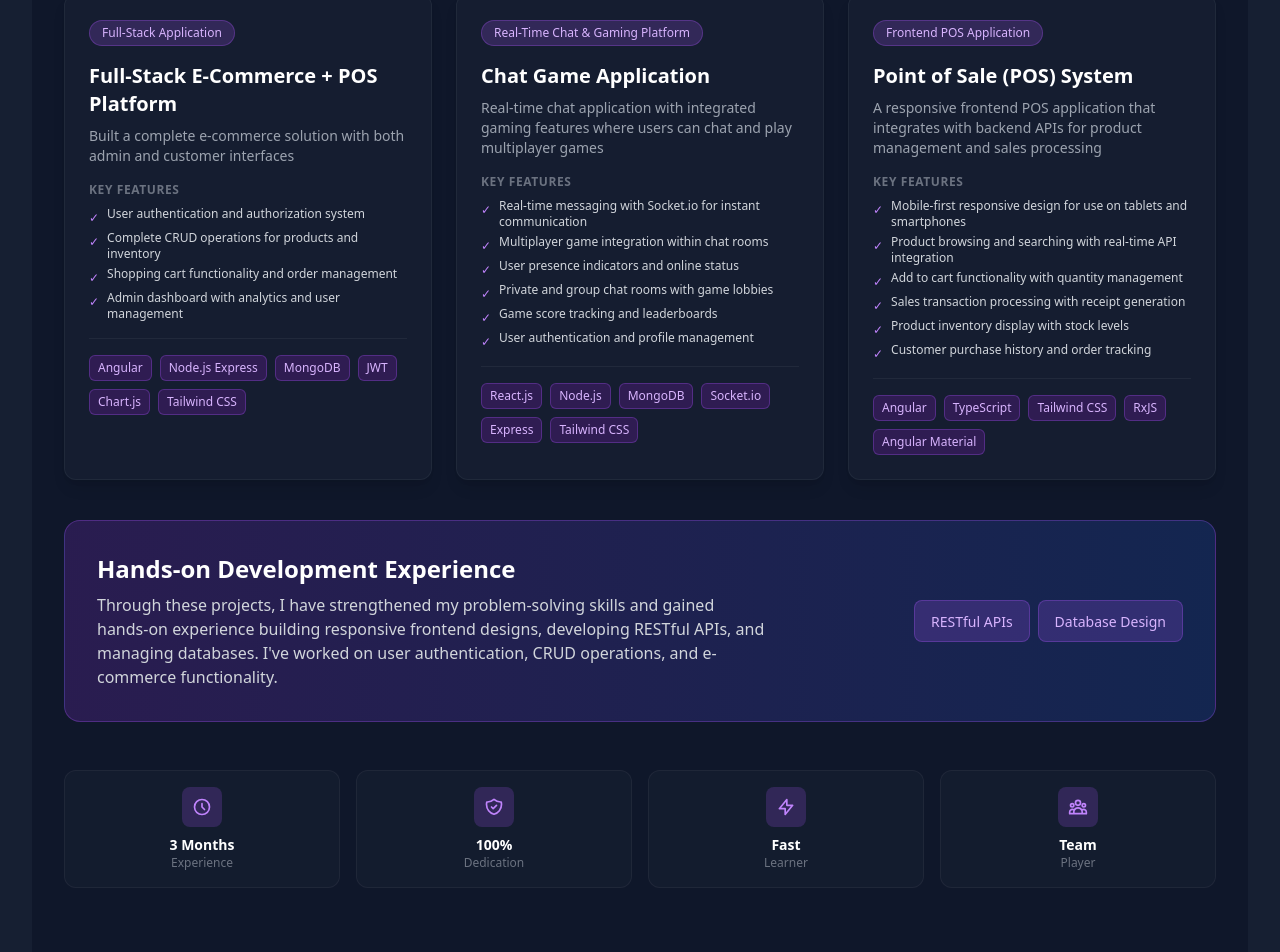
Repository: Kimrith/my-cv
Page: /
These files come from the project's save history. The page is drawn as it stood at one moment and after the next save; the edit follows.
The browser window is 1280 px wide. The pictures show the part of the page from y = 3416 to 4368 px (the page is 4368 px tall before and 4356 px after).
Some web libraries are served in a nearby version. The project was rebuilt for these pictures with package versions that can differ from the ones it lists, and the page was loaded fresh each time. Also part of the build but not shown: vite.config.js, src/Layout/footer.jsx.

Above is the page before, as saved 2026-03-09 22:24:47.

### index.html
<!doctype html>
<html lang="en">
  <head>
    <meta charset="UTF-8" />
    <link rel="icon" type="image/svg+xml" href="/vite.svg" />
    <meta name="viewport" content="width=device-width, initial-scale=1.0" />
    <title>cv</title>
    <script src="https://cdn.tailwindcss.com"></script>
    <link rel="preconnect" href="https://fonts.googleapis.com" />
    <link rel="preconnect" href="https://fonts.gstatic.com" crossorigin />
    <link
      href="https://fonts.googleapis.com/css2?family=Poppins:wght@400;600;700&display=swap"
      rel="stylesheet"
    />
  </head>
  <body>
    <div id="root"></div>
    <script type="module" src="/src/main.jsx"></script>
  </body>
</html>

### src/main.jsx
import { StrictMode } from "react";
import { createRoot } from "react-dom/client";
import "./index.css";
import App from "./App.jsx";
import { BrowserRouter } from "react-router-dom";

createRoot(document.getElementById("root")).render(
  <StrictMode>
    <BrowserRouter>
      <App />
    </BrowserRouter>{" "}
  </StrictMode>,
);

### src/App.jsx
import React from "react";
import { Routes, Route } from "react-router-dom";
import Layout from "./Layout/layout";
import Home from "./Navigation/home";

export default function App() {
  return (
    <Routes>
      <Route path="/" element={<Layout />}></Route>
    </Routes>
  );
}

### src/Layout/layout.jsx
import React from "react";
import Home from "./home";
import Footer from "./footer";
import { Outlet } from "react-router-dom";

export default function Layout() {
  return (
    <div>
      <Home />
      <Outlet />
    </div>
  );
}

### src/Navigation/exp.jsx
import React from "react";
import {
  Briefcase,
  Calendar,
  MapPin,
  Building,
  Code2,
  Database,
  Shield,
  Award,
  ChevronRight,
  GraduationCap,
  Github,
  ExternalLink,
} from "lucide-react";

export default function Experience() {
  const experiences = [
    {
      id: 1,
      title: "Frontend Developer",
      company: "Ministry of Interior",
      period: "3 Months",
      duration: "Internship",
      description: [
        "Developed and maintained responsive frontend interfaces for internal government systems",
        "Collaborated with the development team to implement UI/UX designs",
        "Optimized application performance and ensured cross-browser compatibility",
        "Participated in code reviews and agile development processes",
      ],
      technologies: ["Angular", "TypeScript", "Tailwind CSS"],
    },
  ];

  const projects = [
    {
      id: 1,
      title: "Full-Stack E-Commerce + POS Platform",
      description:
        "Built a complete e-commerce solution with both admin and customer interfaces",
      features: [
        "User authentication and authorization system",
        "Complete CRUD operations for products and inventory",
        "Shopping cart functionality and order management",
        "Admin dashboard with analytics and user management",
      ],
      technologies: [
        "Angular",
        "Node.js Express",
        "MongoDB",
        "JWT",
        "Chart.js",
        "Tailwind CSS",
      ],
      type: "Full-Stack Application",
    },
    {
      id: 2,
      title: "Chat Game Application",
      description:
        "Real-time chat application with integrated gaming features where users can chat and play multiplayer games",
      features: [
        "Real-time messaging with Socket.io for instant communication",
        "Multiplayer game integration within chat rooms",
        "User presence indicators and online status",
        "Private and group chat rooms with game lobbies",
        "Game score tracking and leaderboards",
        "User authentication and profile management",
      ],
      technologies: [
        "React.js",
        "Node.js",
        "MongoDB",
        "Socket.io",
        "Express",
        "Tailwind CSS",
      ],
      type: "Real-Time Chat & Gaming Platform",
    },
    {
      id: 3,
      title: "Point of Sale (POS) System",
      description:
        "A responsive frontend POS application that integrates with backend APIs for product management and sales processing",
      features: [
        "Mobile-first responsive design for use on tablets and smartphones",
        "Product browsing and searching with real-time API integration",
        "Add to cart functionality with quantity management",
        "Sales transaction processing with receipt generation",
        "Product inventory display with stock levels",
        "Customer purchase history and order tracking",
      ],
      technologies: [
        "Angular",
        "TypeScript",
        "Tailwind CSS",
        "RxJS",
        "Angular Material",
      ],
      type: "Frontend POS Application",
    },
  ];

  const SkillPill = ({ skill, color = "purple" }) => (
    <span
      className={`px-3 py-1.5 bg-${color}-900/40 border border-${color}-500/30 rounded-lg text-sm text-${color}-300 hover:bg-${color}-500/20 hover:border-${color}-400 transition-colors cursor-default flex items-center gap-1.5`}
    >
      <span className={`w-1.5 h-1.5 rounded-full bg-${color}-400`}></span>
      {skill}
    </span>
  );

  const StatBox = ({ icon, label, desc, color = "purple" }) => (
    <div
      className={`bg-slate-800/30 border border-white/5 rounded-xl p-4 text-center hover:border-${color}-500/30 transition-colors`}
    >
      <div
        className={`w-10 h-10 mx-auto mb-2 rounded-lg bg-${color}-500/20 flex items-center justify-center`}
      >
        <svg
          className={`w-5 h-5 text-${color}-400`}
          fill="none"
          stroke="currentColor"
          viewBox="0 0 24 24"
        >
          <path
            strokeLinecap="round"
            strokeLinejoin="round"
            strokeWidth={2}
            d={icon}
          />
        </svg>
      </div>
      <p className="text-white font-semibold text-sm">{label}</p>
      <p className="text-gray-500 text-xs">{desc}</p>
    </div>
  );

  return (
    <div className="space-y-16 bg-slate-900 py-16 px-4 md:px-8">
      {/* Professional Experience Section */}
      <section className="relative">
        {/* Background pattern */}
        <div
          className="absolute inset-0 bg-no-repeat bg-center pointer-events-none"
          style={{
            backgroundImage: "url('/path/to/your/background-pattern.svg')",
            opacity: "0.05",
          }}
        ></div>

        <div className="max-w-6xl mx-auto relative">
          {/* Header */}
          <div className="text-center mb-10">
            <div className="flex items-center justify-center gap-3 mb-3">
              <div className="w-10 h-10 rounded-xl bg-purple-500/20 flex items-center justify-center">
                <Briefcase className="w-5 h-5 text-purple-400" />
              </div>
              <h2 className="text-3xl md:text-4xl font-bold text-white">
                Professional <span className="text-purple-400">Experience</span>
              </h2>
            </div>
            <p className="text-gray-400 max-w-2xl mx-auto">
              Practical industry experience gained through internships and
              real-world projects
            </p>
            <div className="w-24 h-1 bg-purple-600 mx-auto mt-4 rounded-full"></div>
          </div>

          {/* Experience Card */}
          {experiences.map((exp) => (
            <div key={exp.id} className="max-w-4xl mx-auto">
              <div className="bg-slate-800/40 border border-white/5 rounded-2xl shadow-xl overflow-hidden hover:border-purple-500/30 transition-all duration-300 hover:shadow-2xl">
                {/* Company Header */}
                <div className="bg-gradient-to-r from-purple-600/20 to-purple-800/20 px-6 py-4 border-b border-white/5">
                  <div className="flex items-center justify-between flex-wrap gap-4">
                    <div className="flex items-center gap-3">
                      <div className="w-10 h-10 rounded-lg bg-purple-500/20 flex items-center justify-center">
                        <Building className="w-5 h-5 text-purple-400" />
                      </div>
                      <h3 className="text-xl font-bold text-white">
                        {exp.company}
                      </h3>
                    </div>
                    <div className="flex items-center gap-2 bg-purple-500/20 px-4 py-2 rounded-full border border-purple-500/30">
                      <Shield className="w-4 h-4 text-purple-400" />
                      <span className="text-purple-300 text-sm font-medium">
                        {exp.duration}
                      </span>
                    </div>
                  </div>
                </div>

                {/* Content */}
                <div className="p-6">
                  {/* Position and Duration */}
                  <div className="flex flex-wrap items-center justify-between gap-4 mb-6">
                    <div>
                      <h4 className="text-2xl font-bold text-white mb-2">
                        {exp.title}
                      </h4>
                      <div className="flex items-center gap-4 text-gray-400">
                        <div className="flex items-center gap-1">
                          <MapPin className="w-4 h-4 text-purple-400" />
                          <span>{exp.location}</span>
                        </div>
                        <div className="flex items-center gap-1">
                          <Calendar className="w-4 h-4 text-purple-400" />
                          <span>{exp.period}</span>
                        </div>
                      </div>
                    </div>
                  </div>

                  {/* Description */}
                  <div className="mb-6">
                    <h5 className="font-semibold text-white mb-3 flex items-center gap-2">
                      <ChevronRight className="w-4 h-4 text-purple-400" />
                      Key Responsibilities
                    </h5>
                    <ul className="grid md:grid-cols-2 gap-3">
                      {exp.description.map((item, i) => (
                        <li
                          key={i}
                          className="flex items-start gap-2 text-gray-300"
                        >
                          <span className="text-purple-400 font-bold text-lg leading-5">
                            •
                          </span>
                          <span className="text-sm">{item}</span>
                        </li>
                      ))}
                    </ul>
                  </div>

                  {/* Technologies */}
                  <div>
                    <h5 className="font-semibold text-white mb-3">
                      Technologies Used
                    </h5>
                    <div className="flex flex-wrap gap-2">
                      {exp.technologies.map((tech, i) => (
                        <span
                          key={i}
                          className="px-3 py-1.5 bg-purple-900/40 border border-purple-500/30 rounded-lg text-sm text-purple-300"
                        >
                          {tech}
                        </span>
                      ))}
                    </div>
                  </div>
                </div>
              </div>
            </div>
          ))}
        </div>
      </section>

      {/* Academic Projects Section */}
      <section className="max-w-6xl mx-auto relative">
        <div className="text-center mb-10">
          <div className="flex items-center justify-center gap-3 mb-3">
            <div className="w-10 h-10 rounded-xl bg-purple-500/20 flex items-center justify-center">
              <GraduationCap className="w-5 h-5 text-purple-400" />
            </div>
            <h2 className="text-3xl md:text-4xl font-bold text-white">
              Academic <span className="text-purple-400">Projects</span>
            </h2>
          </div>
          <p className="text-gray-400 max-w-2xl mx-auto">
            Full-stack applications built since my second year of study,
            demonstrating practical skills
          </p>
          <div className="w-24 h-1 bg-purple-600 mx-auto mt-4 rounded-full"></div>
        </div>

        {/* Skills Overview */}
        <div className="bg-gradient-to-r from-purple-500/10 to-blue-500/10 border border-purple-500/20 p-6 rounded-2xl mb-10">
          <div className="flex flex-wrap items-center justify-between gap-6">
            <div>
              <h3 className="text-lg font-semibold text-white mb-2">
                Technical Expertise
              </h3>
              <p className="text-gray-400 text-sm">
                Since my second year of study, I have built full-stack web
                applications using Angular, Node.js, and MongoDB. My experience
                includes both admin dashboards and customer-facing interfaces.
              </p>
            </div>
            <div className="flex gap-3">
              <div className="flex items-center gap-2 bg-purple-900/40 border border-purple-500/30 px-4 py-2 rounded-full">
                <Database className="w-4 h-4 text-purple-400" />
                <span className="text-sm font-medium text-purple-300">
                  MongoDB
                </span>
              </div>
              <div className="flex items-center gap-2 bg-purple-900/40 border border-purple-500/30 px-4 py-2 rounded-full">
                <Code2 className="w-4 h-4 text-purple-400" />
                <span className="text-sm font-medium text-purple-300">
                  Angular + Node.js
                </span>
              </div>
            </div>
          </div>
        </div>

        {/* Projects Grid */}
        <div className="grid md:grid-cols-2 lg:grid-cols-3 gap-6">
          {projects.map((project) => (
            <div
              key={project.id}
              className="bg-slate-800/40 border border-white/5 rounded-xl shadow-lg overflow-hidden hover:border-purple-500/30 transition-all duration-300 hover:-translate-y-1 hover:shadow-xl"
            >
              <div className="p-6">
                {/* Type Badge */}
                <div className="inline-block px-3 py-1 bg-purple-500/20 border border-purple-500/30 text-purple-300 text-xs font-medium rounded-full mb-4">
                  {project.type}
                </div>

                {/* Title */}
                <h3 className="text-xl font-bold text-white mb-2">
                  {project.title}
                </h3>
                <p className="text-gray-400 text-sm mb-4">
                  {project.description}
                </p>

                {/* Features */}
                <div className="mb-4">
                  <h4 className="text-xs font-semibold text-gray-500 uppercase tracking-wider mb-2">
                    Key Features
                  </h4>
                  <ul className="space-y-1">
                    {project.features.map((feature, i) => (
                      <li
                        key={i}
                        className="flex items-start gap-2 text-xs text-gray-300"
                      >
                        <span className="text-purple-400 mt-1">✓</span>
                        <span>{feature}</span>
                      </li>
                    ))}
                  </ul>
                </div>

                {/* Technologies */}
                <div className="flex flex-wrap gap-2 mt-4 pt-4 border-t border-white/5">
                  {project.technologies.map((tech, i) => (
                    <span
                      key={i}
                      className="px-2 py-1 bg-purple-900/40 border border-purple-500/30 text-purple-300 text-xs rounded-md"
                    >
                      {tech}
                    </span>
                  ))}
                </div>
              </div>
            </div>
          ))}
        </div>

        {/* Summary Section */}
        <div className="mt-10 bg-gradient-to-r from-purple-600/20 to-blue-600/20 border border-purple-500/30 rounded-2xl p-8">
          <div className="flex flex-col md:flex-row items-center justify-between gap-6">
            <div>
              <h3 className="text-2xl font-bold text-white mb-2">
                Hands-on Development Experience
              </h3>
              <p className="text-gray-300 max-w-2xl">
                Through these projects, I have strengthened my problem-solving
                skills and gained hands-on experience building responsive
                frontend designs, developing RESTful APIs, and managing
                databases. I've worked on user authentication, CRUD operations,
                and e-commerce functionality.
              </p>
            </div>
            <div className="flex gap-2">
              <div className="bg-purple-500/20 border border-purple-500/30 px-4 py-2 rounded-lg">
                <span className="text-sm font-medium text-purple-300">
                  RESTful APIs
                </span>
              </div>
              <div className="bg-purple-500/20 border border-purple-500/30 px-4 py-2 rounded-lg">
                <span className="text-sm font-medium text-purple-300">
                  Database Design
                </span>
              </div>
            </div>
          </div>
        </div>

        {/* Quick Stats */}
        <div className="mt-12 grid grid-cols-2 md:grid-cols-4 gap-4">
          <StatBox
            icon="M12 8v4l3 3m6-3a9 9 0 11-18 0 9 9 0 0118 0z"
            label="3 Months"
            desc="Experience"
            color="purple"
          />
          <StatBox
            icon="M9 12l2 2 4-4m5.618-4.016A11.955 11.955 0 0112 2.944a11.955 11.955 0 01-8.618 3.04A12.02 12.02 0 003 9c0 5.591 3.824 10.29 9 11.622 5.176-1.332 9-6.03 9-11.622 0-1.042-.133-2.052-.382-3.016z"
            label="100%"
            desc="Dedication"
            color="purple"
          />
          <StatBox
            icon="M13 10V3L4 14h7v7l9-11h-7z"
            label="Fast"
            desc="Learner"
            color="purple"
          />
          <StatBox
            icon="M17 20h5v-2a3 3 0 00-5.356-1.857M17 20H7m10 0v-2c0-.656-.126-1.283-.356-1.857M7 20H2v-2a3 3 0 015.356-1.857M7 20v-2c0-.656.126-1.283.356-1.857m0 0a5.002 5.002 0 019.288 0M15 7a3 3 0 11-6 0 3 3 0 016 0zm6 3a2 2 0 11-4 0 2 2 0 014 0zM7 10a2 2 0 11-4 0 2 2 0 014 0z"
            label="Team"
            desc="Player"
            color="purple"
          />
        </div>
      </section>
    </div>
  );
}

Loaded but not shown: src/Navigation/aboutus.jsx (302 lines, source omitted); src/Navigation/home.jsx (127 lines, source omitted); src/Layout/home.jsx (165 lines, source omitted); src/index.css (no stored copy; drawn as an empty file)

After the next save:
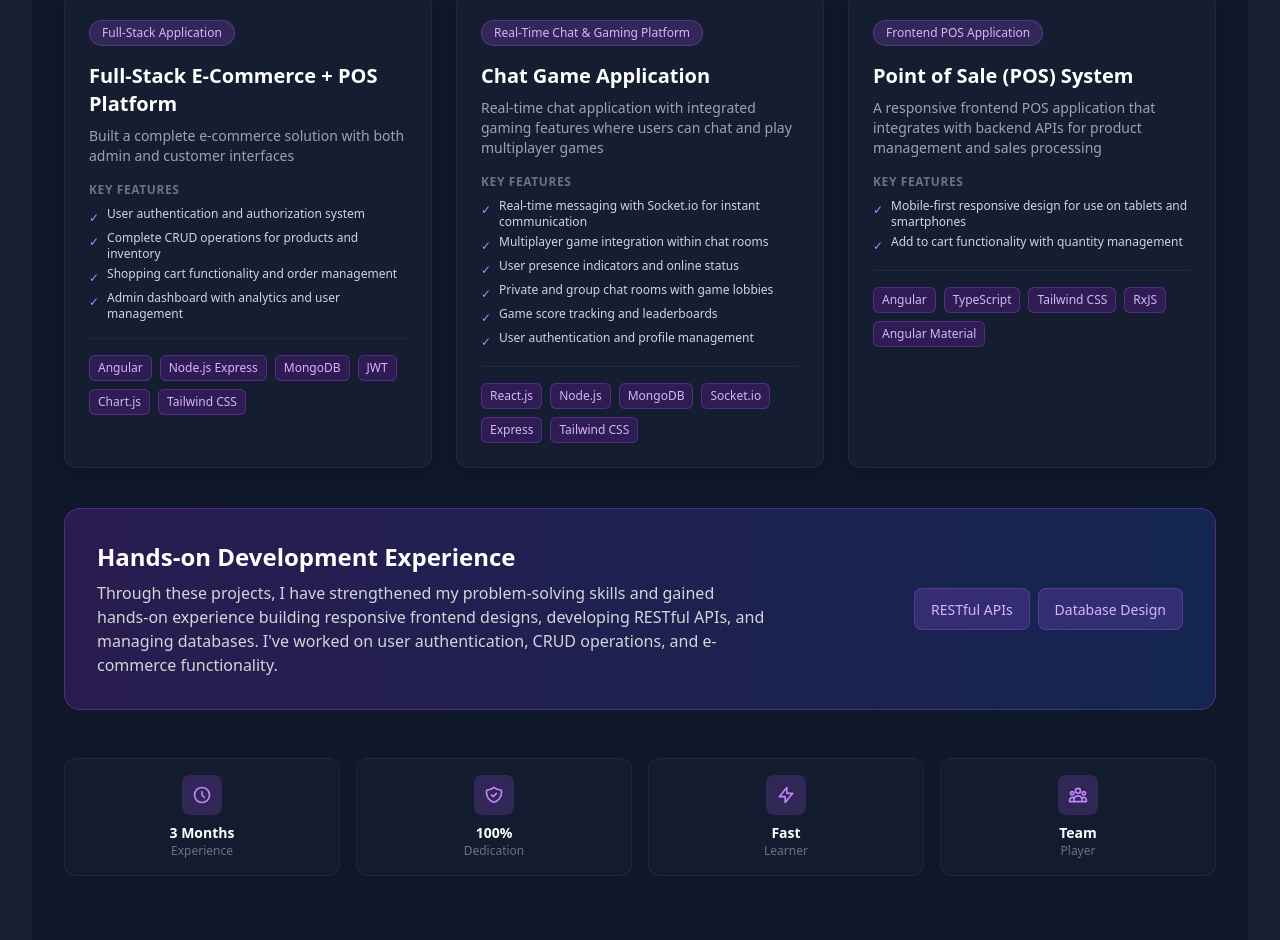
Saved 20 s later.
--- a/src/Navigation/exp.jsx
+++ b/src/Navigation/exp.jsx
@@ -84,11 +84,7 @@ export default function Experience() {
         "A responsive frontend POS application that integrates with backend APIs for product management and sales processing",
       features: [
         "Mobile-first responsive design for use on tablets and smartphones",
-        "Product browsing and searching with real-time API integration",
         "Add to cart functionality with quantity management",
-        "Sales transaction processing with receipt generation",
-        "Product inventory display with stock levels",
-        "Customer purchase history and order tracking",
       ],
       technologies: [
         "Angular",
